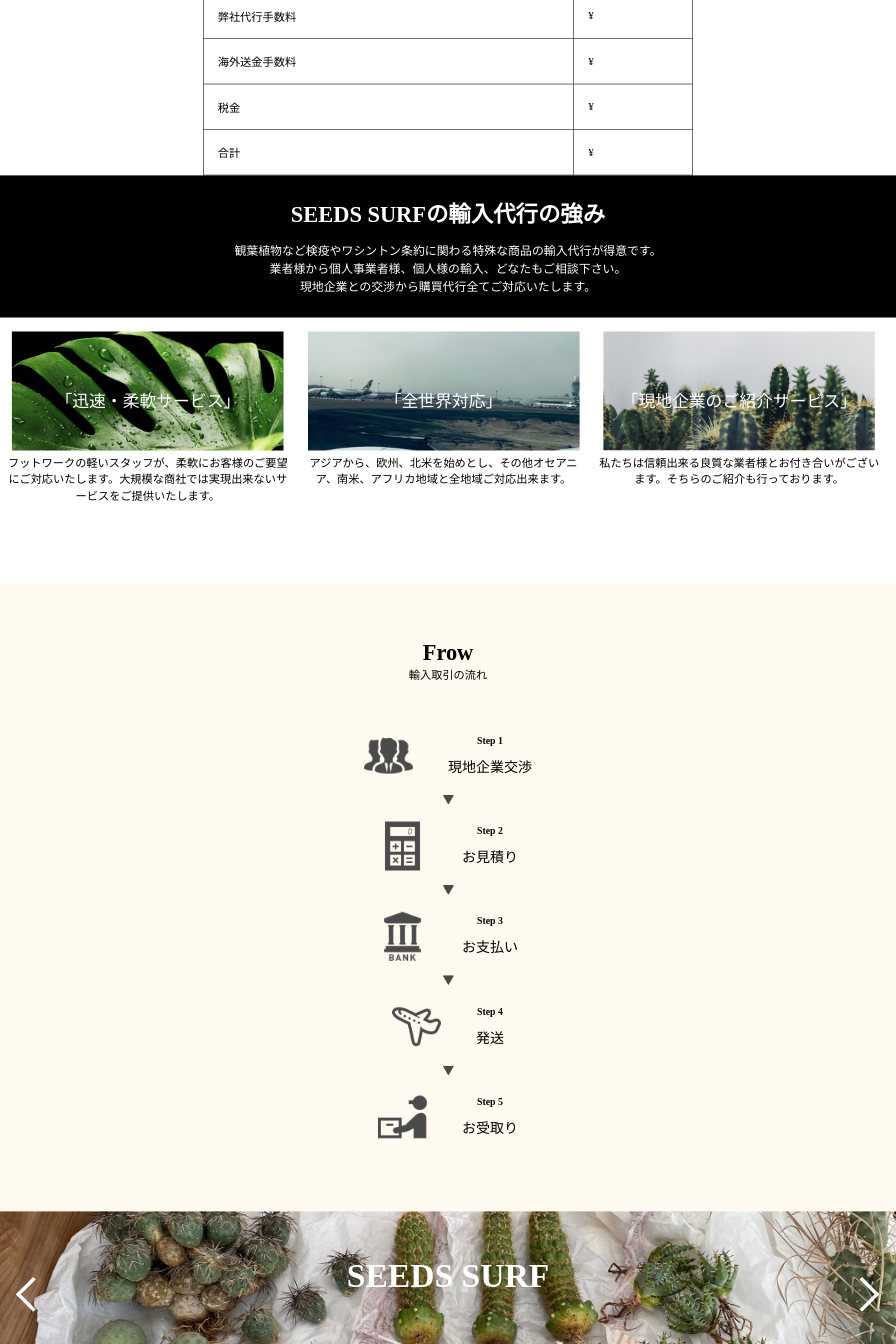
Repository: Seiya00002/seeds-surf-lp
Page: index.html
These files come from the project's save history. The page is drawn as it stood at one moment and after the next save; the edit follows.
The browser window is 1280 px wide. The pictures show the part of the page from y = 822 to 2742 px (the page is 4595 px tall before and 4622 px after), at 70% of full size.

Above is the page before, as saved 2023-07-15 09:13:41.

After the next save:
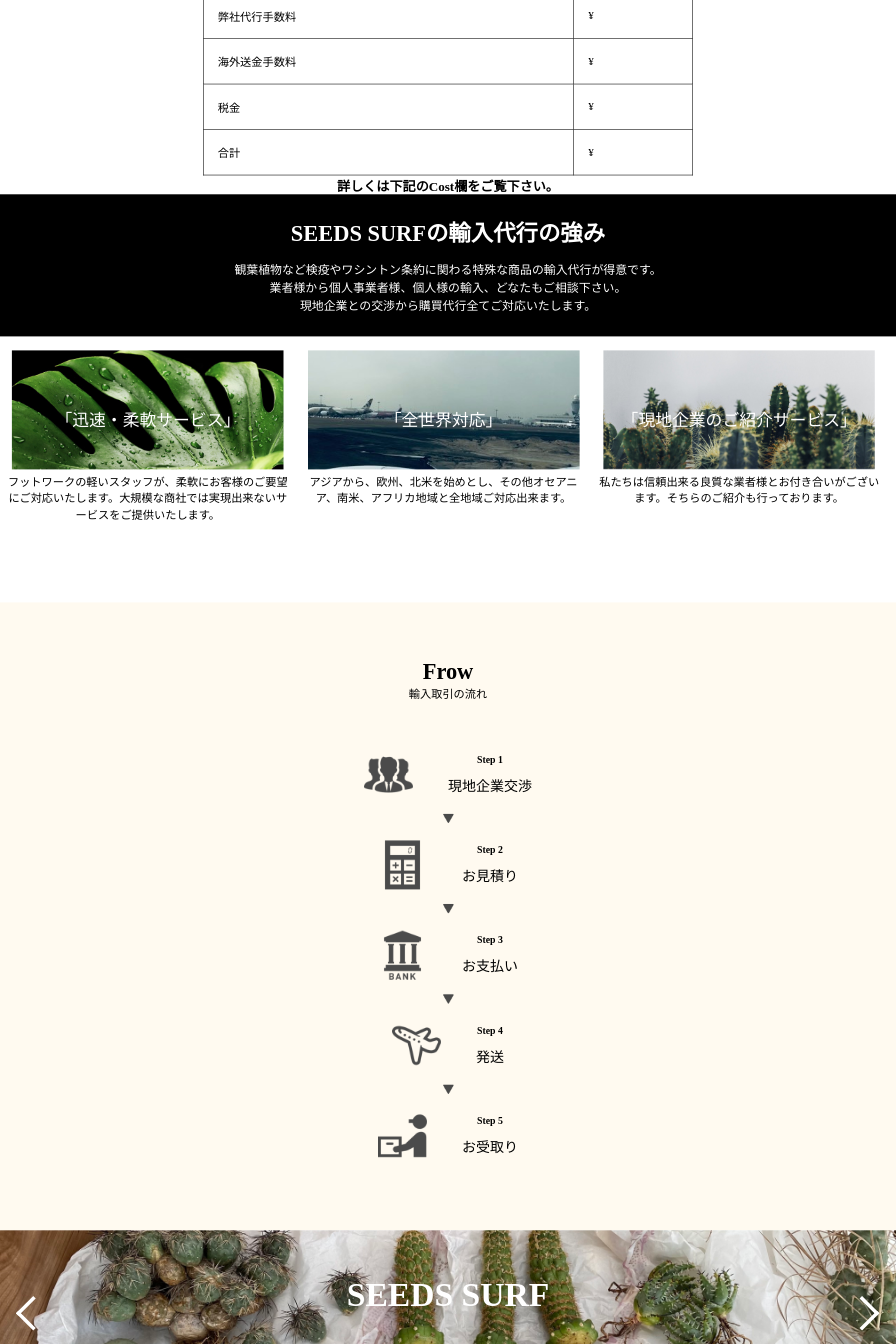
Saved 71 s later.
--- a/index.html
+++ b/index.html
@@ -102,6 +102,7 @@
                   <td>¥<span id="span1"></span></td>
               </tr>
             </table>
+            <h3>詳しくは下記のCost欄をご覧下さい。</h3>
         </div>
     </div>
 
